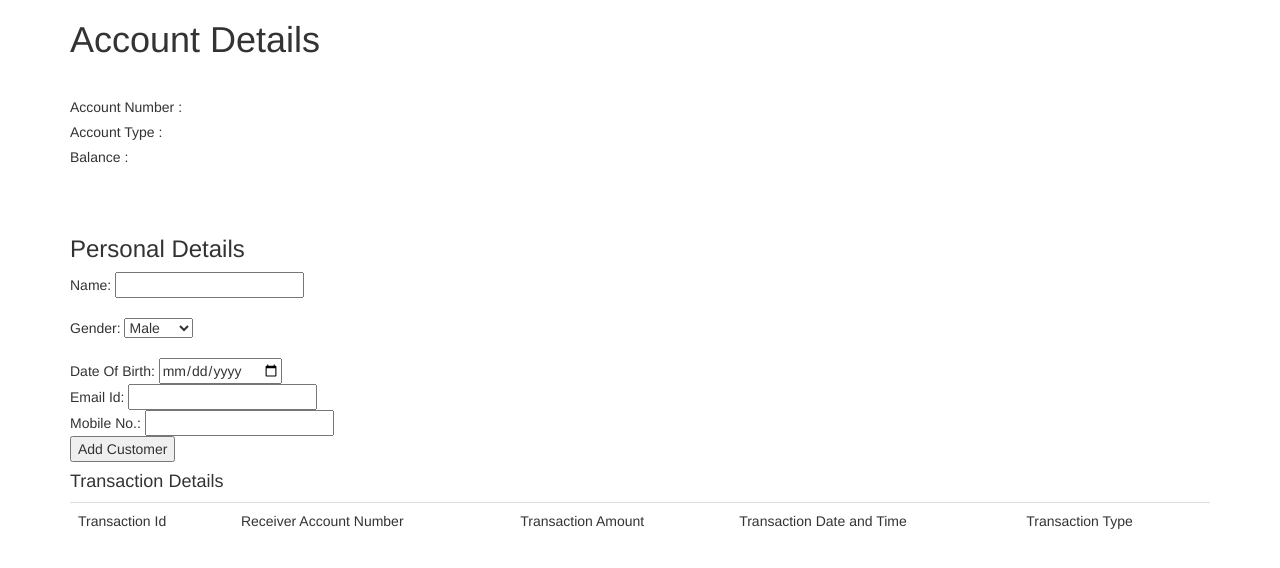
Repository: Shubham-Gawade/SpringHibernateTraining
Page: http://localhost/xorbankonline/WEB-INF/pages/showaccount.jsp
The author's editor kept a copy of each file at every save. The page is drawn from the files as they stood at one save, then again after the next save.
The browser window is 1280 px wide. The pictures show the whole page.
The page is served by Tomcat 9. Nobody is signed in. The template is opened directly, without the code that normally fills it, so the values that code supplies are empty.

Above is the page before, as saved 2021-10-07 03:32:36.

After the next save:
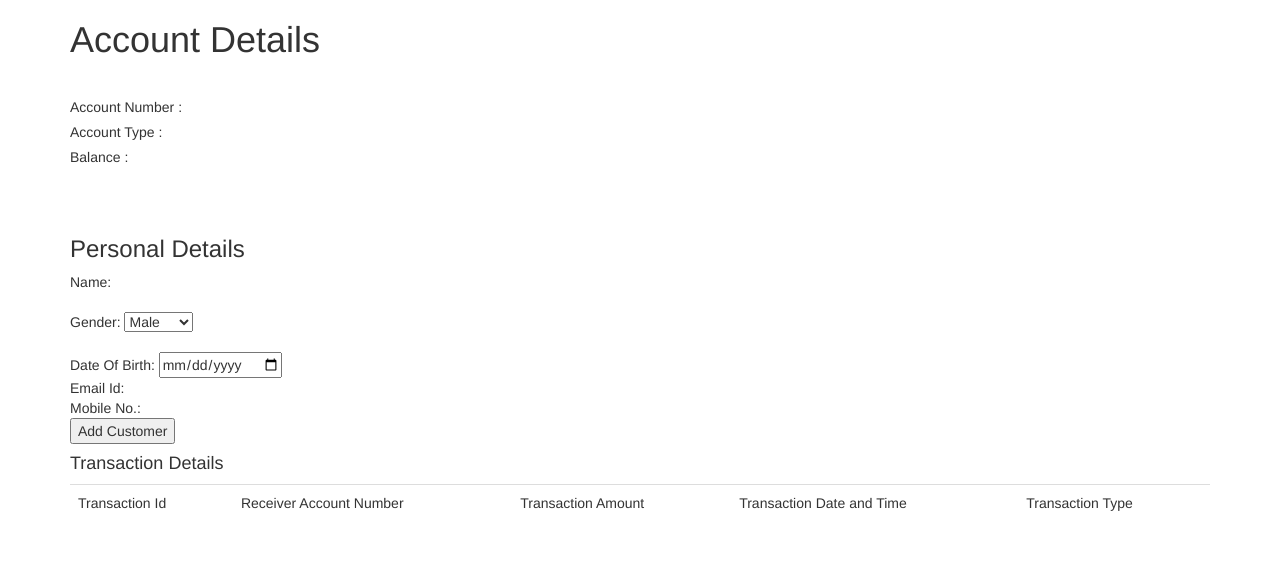
Saved 8 s later.
--- a/xorbankonline/src/main/webapp/WEB-INF/pages/showaccount.jsp
+++ b/xorbankonline/src/main/webapp/WEB-INF/pages/showaccount.jsp
@@ -1,7 +1,6 @@
 <%@ page language="java" contentType="text/html; charset=ISO-8859-1"
     pageEncoding="ISO-8859-1"%>
 <%@taglib uri="http://java.sun.com/jsp/jstl/core" prefix="c"%>
-<%@ taglib prefix="form" uri="http://www.springframework.org/tags/form" %>
 <!DOCTYPE html>
 <html>
 <head>

After the save that followed:
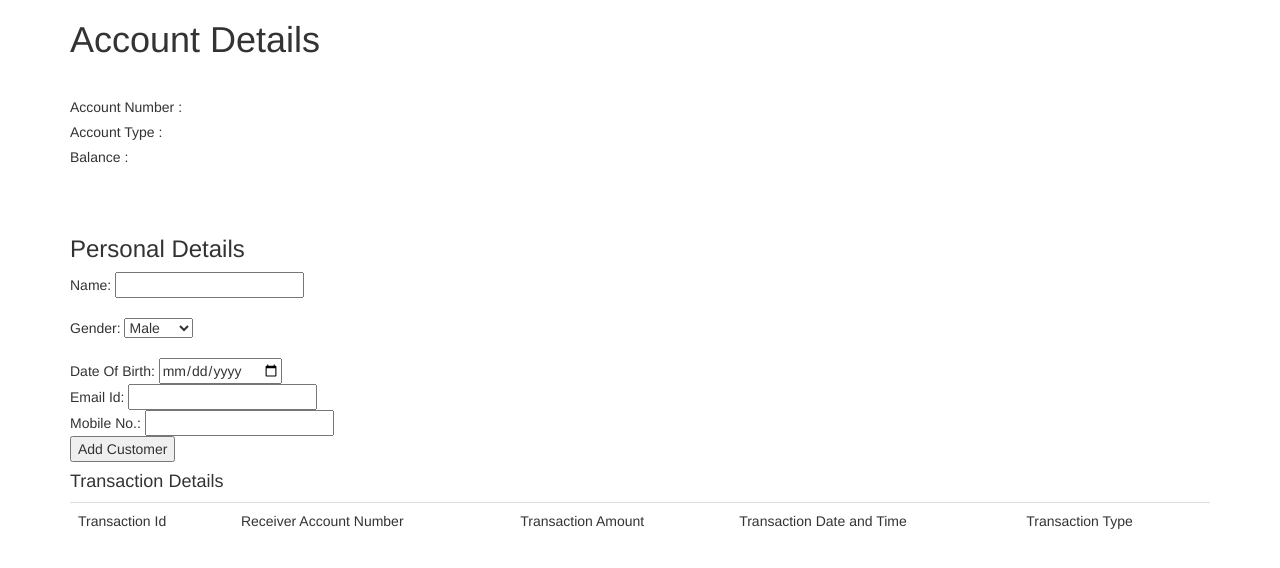
Saved 35 s later.
--- a/xorbankonline/src/main/webapp/WEB-INF/pages/showaccount.jsp
+++ b/xorbankonline/src/main/webapp/WEB-INF/pages/showaccount.jsp
@@ -16,20 +16,20 @@
 	<h5>Balance : ${account.balance}</h5>
 	<br>
 
-	<form:form action="transaction" method="post">
+	<form action="transaction" method="post">
 		<br/>
 		<h3>Personal Details</h3>
-		Name: <form:input path="personName" type="text"/><br/><br/>
+		Name: <input name="personName" type="text"/><br/><br/>
 		Gender:
 		<select name="gender">
 		  <option value="MALE">Male</option>
 		  <option value="FEMALE">Female</option>
 		</select><br/><br/>
 		Date Of Birth: <input name="dateOfBirth" type="date"/><br/>
-		Email Id: <form:input path="emailId" type="email"/><br/>
-		Mobile No.: <form:input path="mobileNo" type="number"/><br/>
+		Email Id: <input path="emailId" type="email"/><br/>
+		Mobile No.: <input name="mobileNo" type="number"/><br/>
 		<input type="submit" value="Add Customer"/>
-	</form:form>
+	</:form>
 
 	<h4>Transaction Details</h4>
 	<table class="table">
